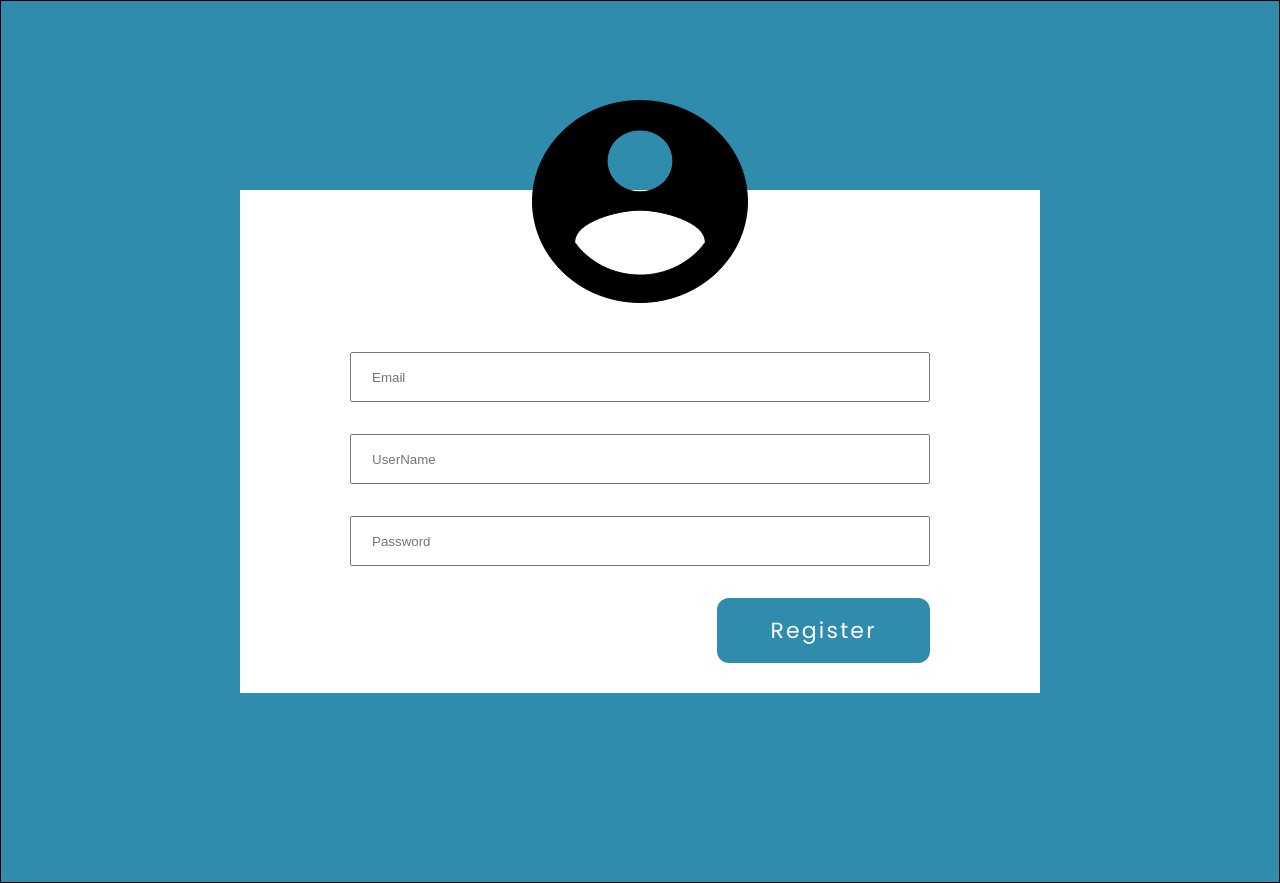
Repository: SabrinaSeydaliyeva/Agency-website
Page: pages/registerPage/index.html
The author's editor kept a copy of each file at every save. The page is drawn from the files as they stood at one save, then again after the next save.
The browser window is 1280 px wide. The pictures show the whole page.
The style sheet was rebuilt from its Sass, Less or Tailwind sources for each picture, by a compiler version that may differ from the author's.

Above is the page before, as saved 2023-09-14 16:25:49.

After the next save:
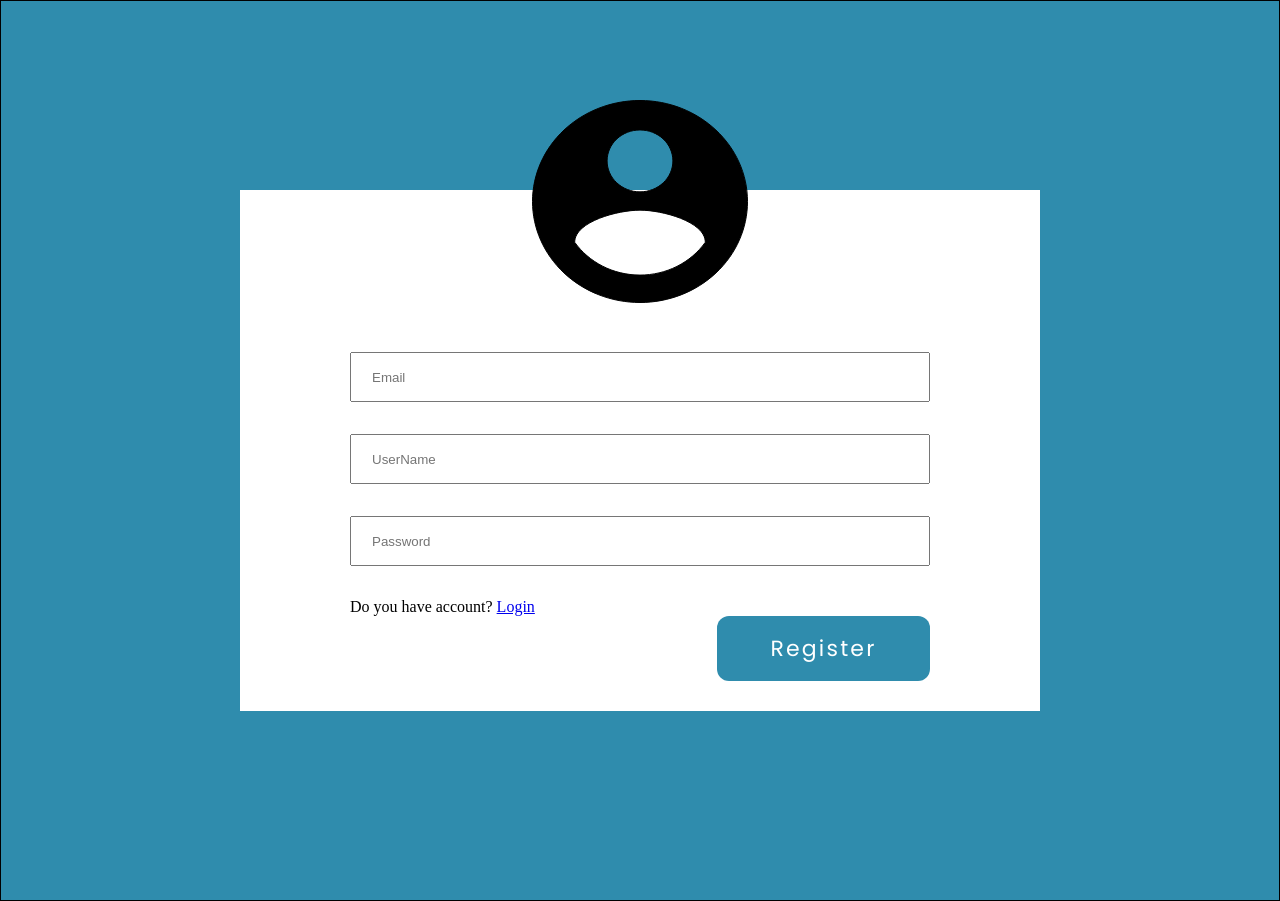
Saved 6 s later.
--- a/pages/registerPage/index.html
+++ b/pages/registerPage/index.html
@@ -17,6 +17,11 @@
                 <input class="email-input" type="email" name="email" placeholder="Email">
                 <input class="name-input" type="text" name="name" placeholder="UserName">
                 <input class="password-input" type="password" placeholder="Password">
+                <p>
+                    Do you have account?
+                    <a href="../loginPage/index.html">Login</a>
+
+                </p>
                 <button>Register</button>
             </form>
         </div>
